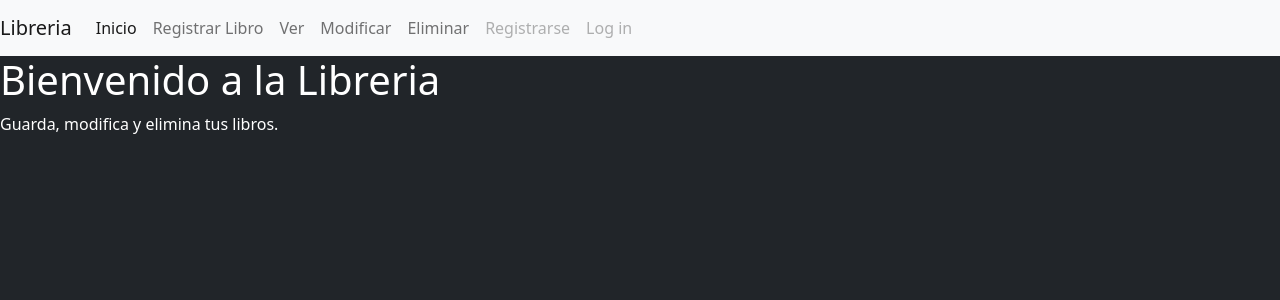
Repository: frnalonso/libreria
Page: src/main/resources/templates/index.html
These files come from the project's save history. The page is drawn as it stood at one moment and after the next save; the edit follows.
The browser window is 1280 px wide. The pictures show the whole page.

Above is the page before, as saved 2021-11-09 12:05:25.

### src/main/resources/templates/index.html

<!doctype html>
<html lang="en">
  <head>
    <!-- Required meta tags -->
    <meta charset="utf-8">
    <meta name="viewport" content="width=device-width, initial-scale=1">

    <!-- Bootstrap CSS -->
    <link href="https://cdn.jsdelivr.net/npm/bootstrap@5.1.3/dist/css/bootstrap.min.css" rel="stylesheet" integrity="sha384-1BmE4kWBq78iYhFldvKuhfTAU6auU8tT94WrHftjDbrCEXSU1oBoqyl2QvZ6jIW3" crossorigin="anonymous">

    <title>Inicio</title>
  </head>
  <body class="bg-dark text-white">
    <nav class="navbar navbar-expand-lg navbar-light bg-light">
        <a class="navbar-brand" href="/">Libreria</a>
        <button class="navbar-toggler" type="button" data-toggle="collapse" data-target="#navbarNavAltMarkup" aria-controls="navbarNavAltMarkup" aria-expanded="false" aria-label="Toggle navigation">
          <span class="navbar-toggler-icon"></span>
        </button>
        <div class="collapse navbar-collapse" id="navbarNavAltMarkup">
          <div class="navbar-nav">
            <a class="nav-item nav-link active" href="/">Inicio <span class="sr-only"></span></a>
            <a class="nav-item nav-link" href="/registro">Registrar Libro</a>
            <a class="nav-item nav-link" href="/mostrar">Ver</a>
            <a class="nav-item nav-link" href="/modificar/{id}">Modificar</a>
            <a class="nav-item nav-link" href="/eliminar">Eliminar</a>
            <a class="nav-item nav-link disabled" href="Log in">Registrarse</a>
            <a class="nav-item nav-link disabled" href="Log in">Log in</a>
          </div>
        </div>
      </nav>
    <h1>Bienvenido a la Libreria</h1>
    <p>Guarda, modifica y elimina tus libros.</p>
    <!-- Optional JavaScript; choose one of the two! -->

    <!-- Option 1: Bootstrap Bundle with Popper -->
    <script src="https://cdn.jsdelivr.net/npm/bootstrap@5.1.3/dist/js/bootstrap.bundle.min.js" integrity="sha384-ka7Sk0Gln4gmtz2MlQnikT1wXgYsOg+OMhuP+IlRH9sENBO0LRn5q+8nbTov4+1p" crossorigin="anonymous"></script>

    <!-- Option 2: Separate Popper and Bootstrap JS -->
    <!--
    <script src="https://cdn.jsdelivr.net/npm/@popperjs/core@2.10.2/dist/umd/popper.min.js" integrity="sha384-7+zCNj/IqJ95wo16oMtfsKbZ9ccEh31eOz1HGyDuCQ6wgnyJNSYdrPa03rtR1zdB" crossorigin="anonymous"></script>
    <script src="https://cdn.jsdelivr.net/npm/bootstrap@5.1.3/dist/js/bootstrap.min.js" integrity="sha384-QJHtvGhmr9XOIpI6YVutG+2QOK9T+ZnN4kzFN1RtK3zEFEIsxhlmWl5/YESvpZ13" crossorigin="anonymous"></script>
    -->
  </body>
</html>

After the next save:
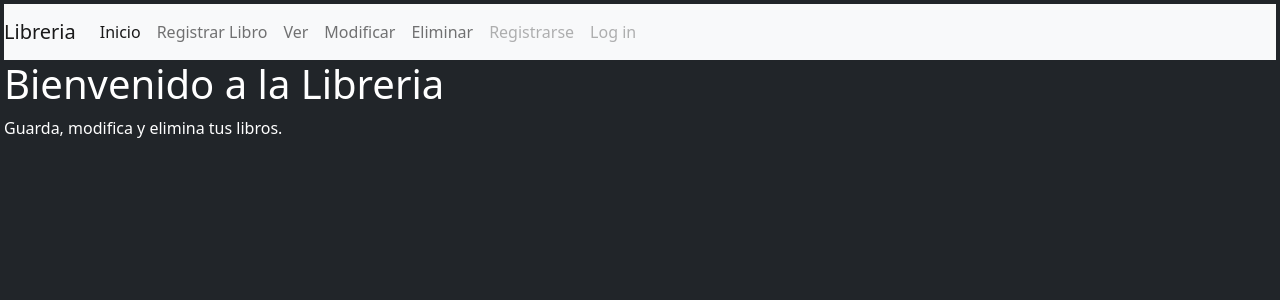
Saved 5 s later.
--- a/src/main/resources/templates/index.html
+++ b/src/main/resources/templates/index.html
@@ -11,7 +11,7 @@
 
     <title>Inicio</title>
   </head>
-  <body class="bg-dark text-white">
+  <body class="bg-dark p-1 text-white">
     <nav class="navbar navbar-expand-lg navbar-light bg-light">
         <a class="navbar-brand" href="/">Libreria</a>
         <button class="navbar-toggler" type="button" data-toggle="collapse" data-target="#navbarNavAltMarkup" aria-controls="navbarNavAltMarkup" aria-expanded="false" aria-label="Toggle navigation">
